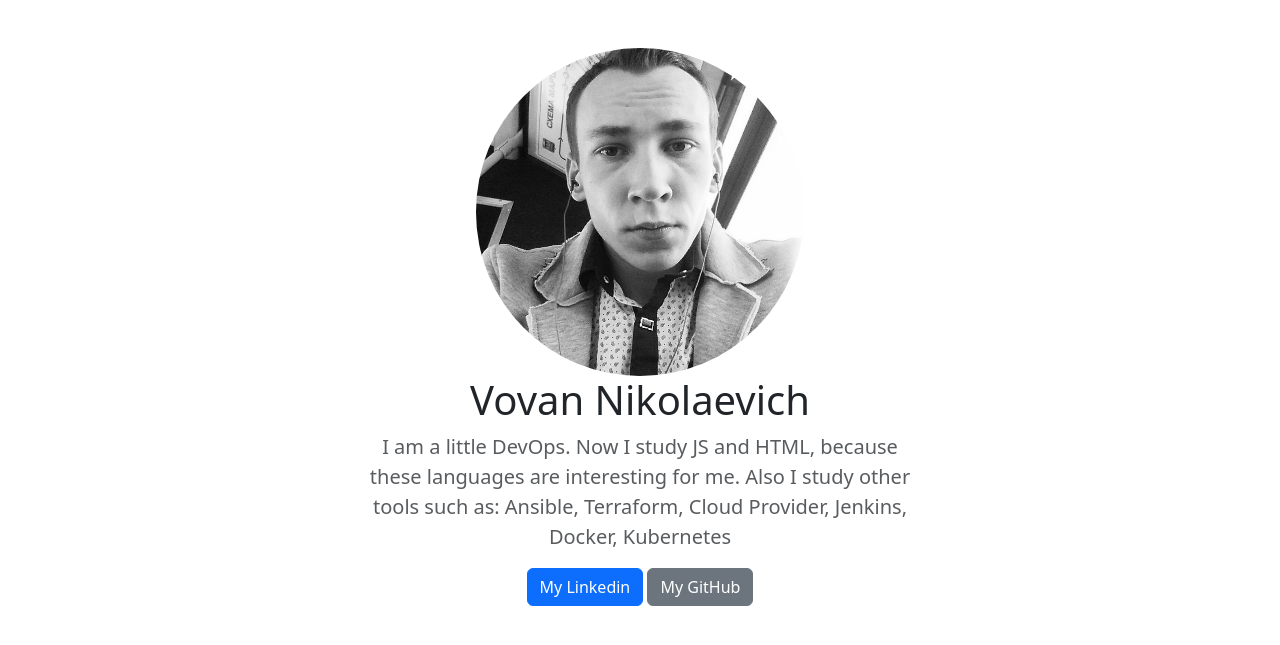
Repository: vovanbl411/mini-web-site
Page: index.html
The author's editor kept a copy of each file at every save. The page is drawn from the files as they stood at one save, then again after the next save.
The browser window is 1280 px wide. The pictures show the whole page.

Above is the page before, as saved 2023-01-21 23:44:22.

After the next save:
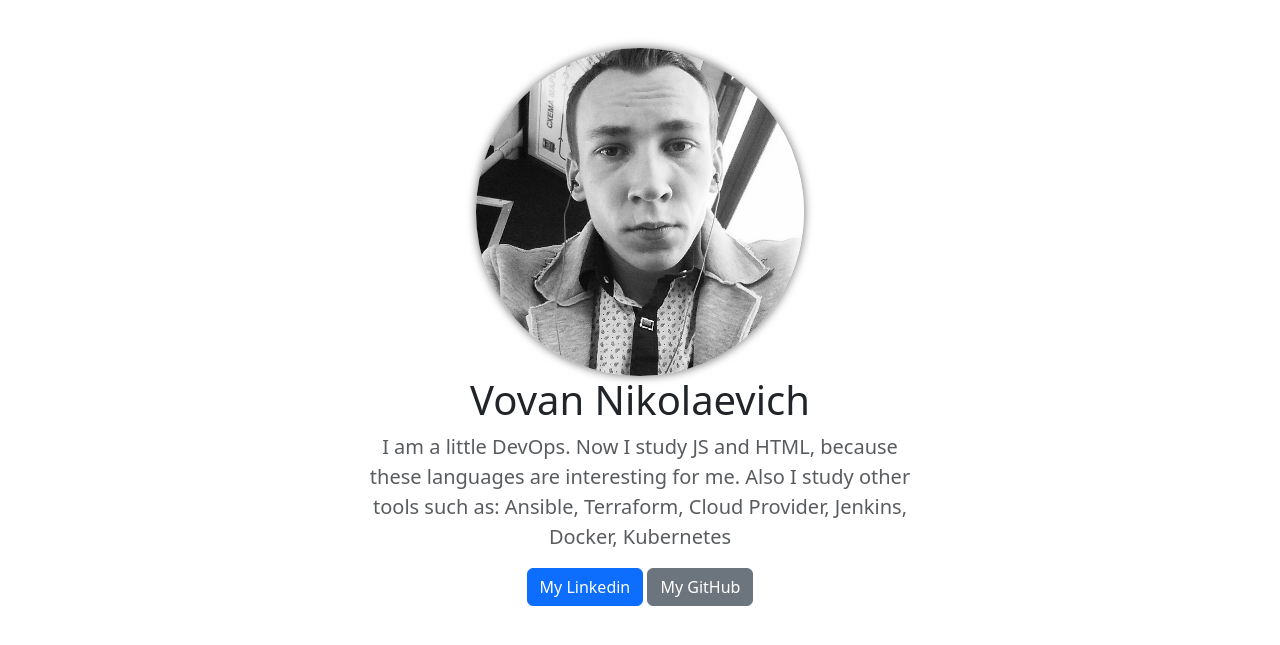
Saved 21 s later.
--- a/index.html
+++ b/index.html
@@ -14,7 +14,7 @@
       .rounded-img {
         width: 60%;
         border-radius: 50%;
-        box-shadow: 0 0 10px rgba(0, 0, 7 0.6);
+        box-shadow: 0 0 10px rgba(0, 0, 7, 0.6);
       }
     </style>
   </head>
